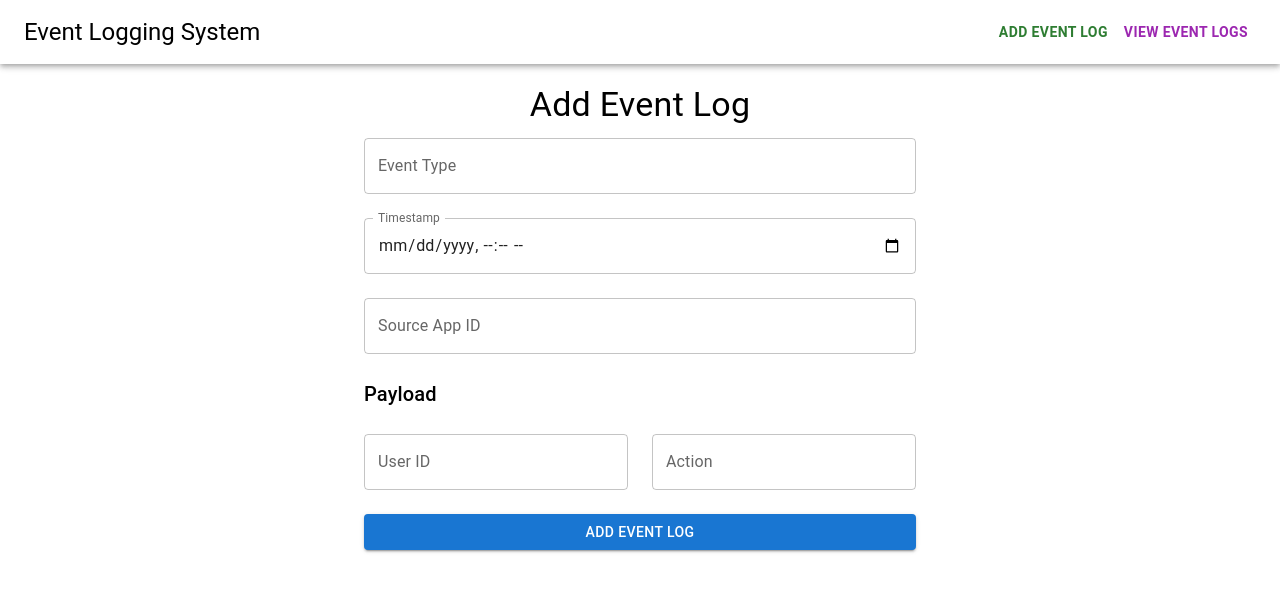
Repository: sayan0fficial/ErrorLogSys
Page: /addlogs (app in frontend/)
An editor plug-in stored every save of this project. The page is shown before and after the next save, followed by the edit.
The browser window is 1280 px wide. The pictures show the whole page.
The project was rebuilt for these pictures with package versions that can differ from the ones it lists, and the page was loaded fresh each time. Also part of the build but not shown: frontend/src/components/eventLogList.js.

Above is the page before, as saved 2024-11-24 22:07:54.

After the next save:
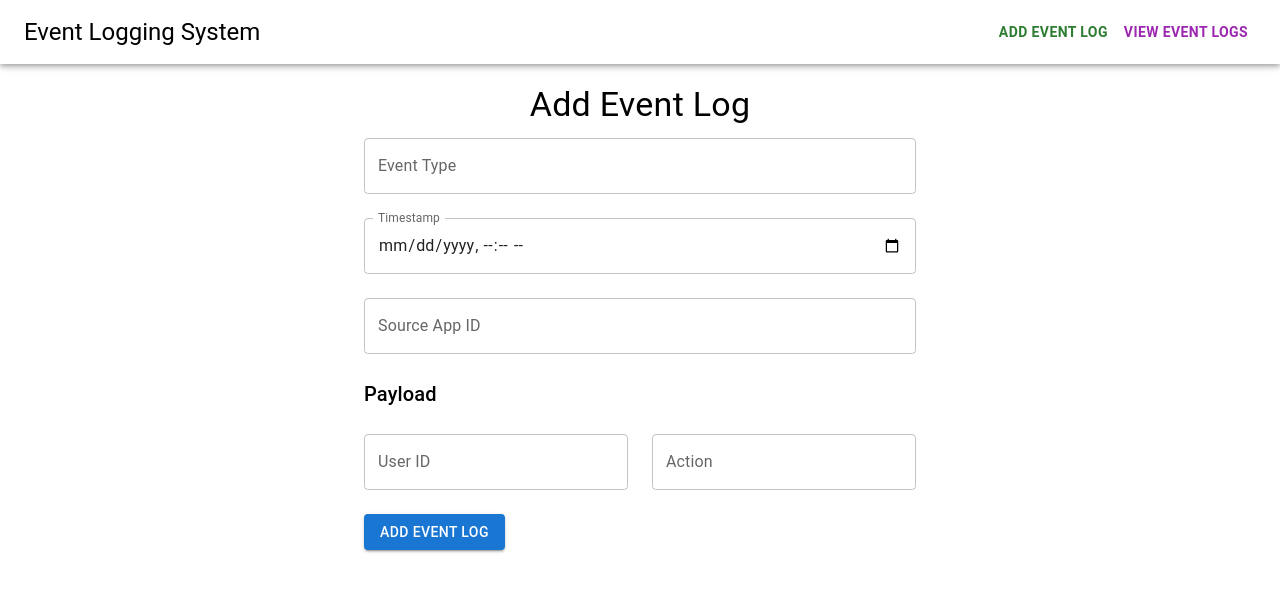
Saved 75 s later.
--- a/frontend/src/components/eventLogForm.js
+++ b/frontend/src/components/eventLogForm.js
@@ -87,7 +87,7 @@
             />
           </Grid>
           <Grid item xs={12}>
-            <Button variant="contained" color="primary" fullWidth type="submit">
+            <Button variant="contained" color="primary" type="submit">
               Add Event Log
             </Button>
           </Grid>

After the save that followed:
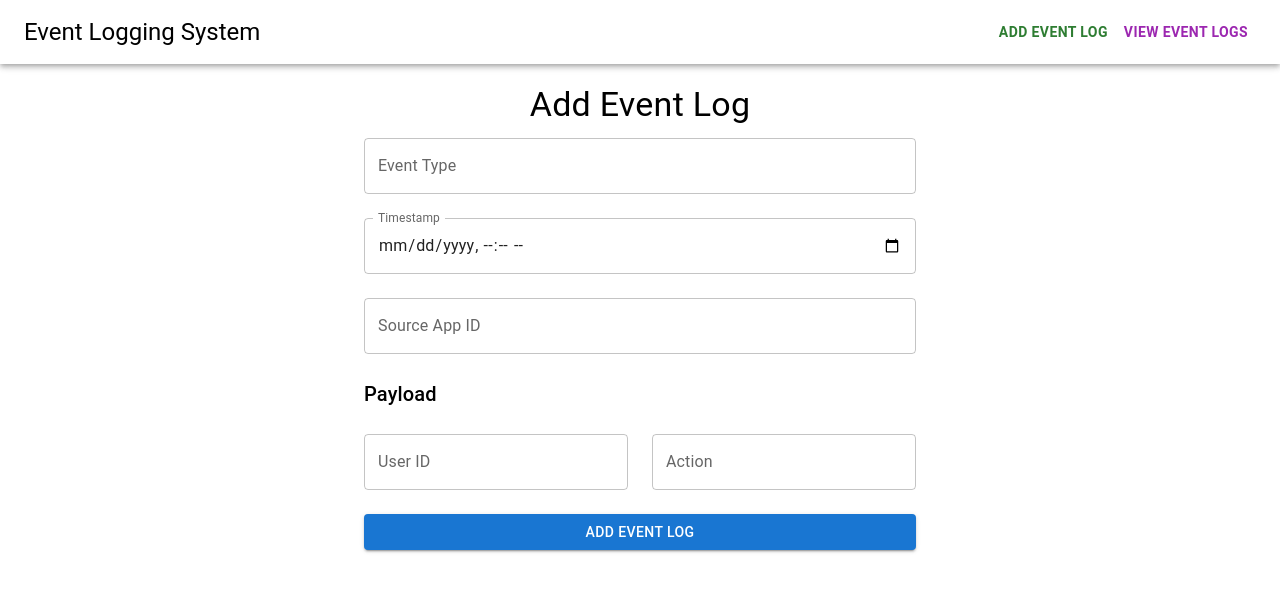
Saved 11 s later.
--- a/frontend/src/components/eventLogForm.js
+++ b/frontend/src/components/eventLogForm.js
@@ -87,7 +87,7 @@
             />
           </Grid>
           <Grid item xs={12}>
-            <Button variant="contained" color="primary" type="submit">
+            <Button variant="contained" color="primary" fullWidth type="submit">
               Add Event Log
             </Button>
           </Grid>
